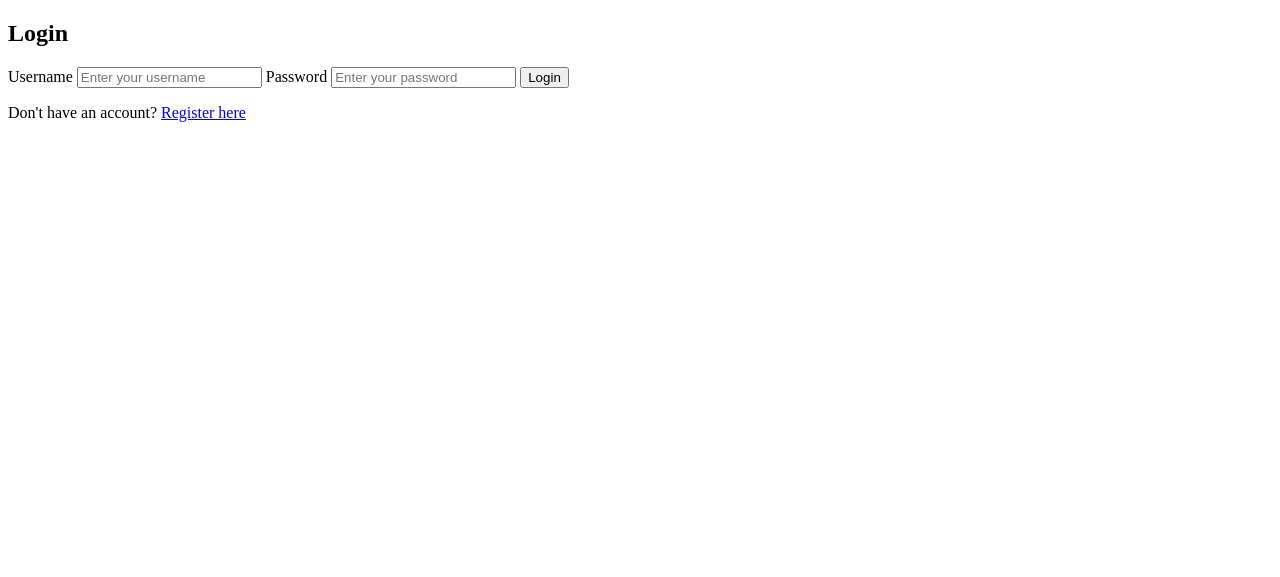
Repository: Thalapaty123/TimizStore
Page: http://localhost/TimZyStore/pages/Login.jsp
An editor plug-in stored every save of this project. The page is shown before and after the next save, followed by the edit.
The browser window is 1280 px wide. The pictures show the whole page.
The page is served by Tomcat 9.

Above is the page before, as saved 2024-04-29 15:51:03.

After the next save:
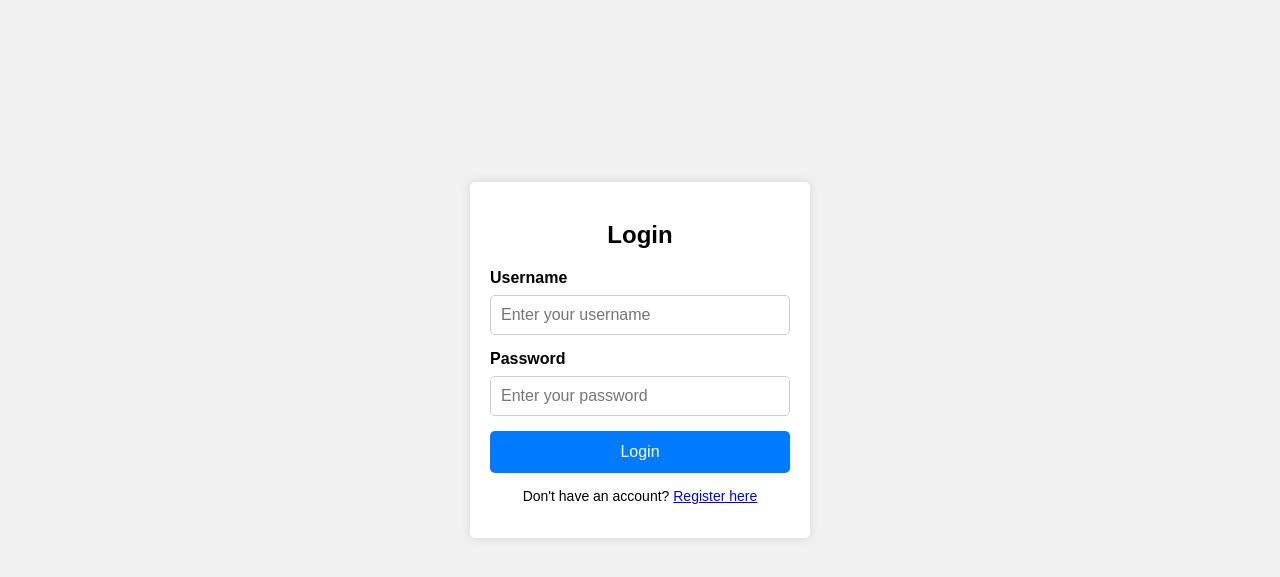
Saved 20 s later.
--- a/TimZyStore/src/main/webapp/pages/Login.jsp
+++ b/TimZyStore/src/main/webapp/pages/Login.jsp
@@ -7,6 +7,69 @@
     <meta name="viewport" content="width=device-width, initial-scale=1.0">
     <title>Login</title>
     <style>
+    body {
+            font-family: Arial, sans-serif;
+            margin: 0;
+            padding: 0;
+            display: flex;
+            justify-content: center;
+            align-items: center;
+            height: 100vh;
+            background-color: #f0f0f0;
+        }
+
+        .login-container {
+            width: 300px;
+            padding: 20px;
+            background-color: #fff;
+            border-radius: 5px;
+            box-shadow: 0 0 10px rgba(0, 0, 0, 0.1);
+        }
+
+        h2 {
+            margin-bottom: 20px;
+            font-size: 24px;
+            text-align: center;
+        }
+
+        label {
+            display: block;
+            margin-bottom: 8px;
+            font-weight: bold;
+        }
+
+        input[type="text"],
+        input[type="password"] {
+            width: 100%;
+            padding: 10px;
+            border: 1px solid #ccc;
+            border-radius: 5px;
+            margin-bottom: 15px;
+            font-size: 16px;
+            box-sizing: border-box;
+        }
+
+        button {
+            width: 100%;
+            background-color: #007bff;
+            color: #fff;
+            padding: 12px 0;
+            border: none;
+            border-radius: 5px;
+            cursor: pointer;
+            font-size: 16px;
+            transition: background-color 0.3s ease;
+        }
+
+        button:hover {
+            background-color: #0056b3;
+        }
+
+        p {
+            margin-top: 15px;
+            text-align: center;
+            font-size: 14px;
+        }
         <!-- Your CSS styles here -->
     </style>
 </head>
